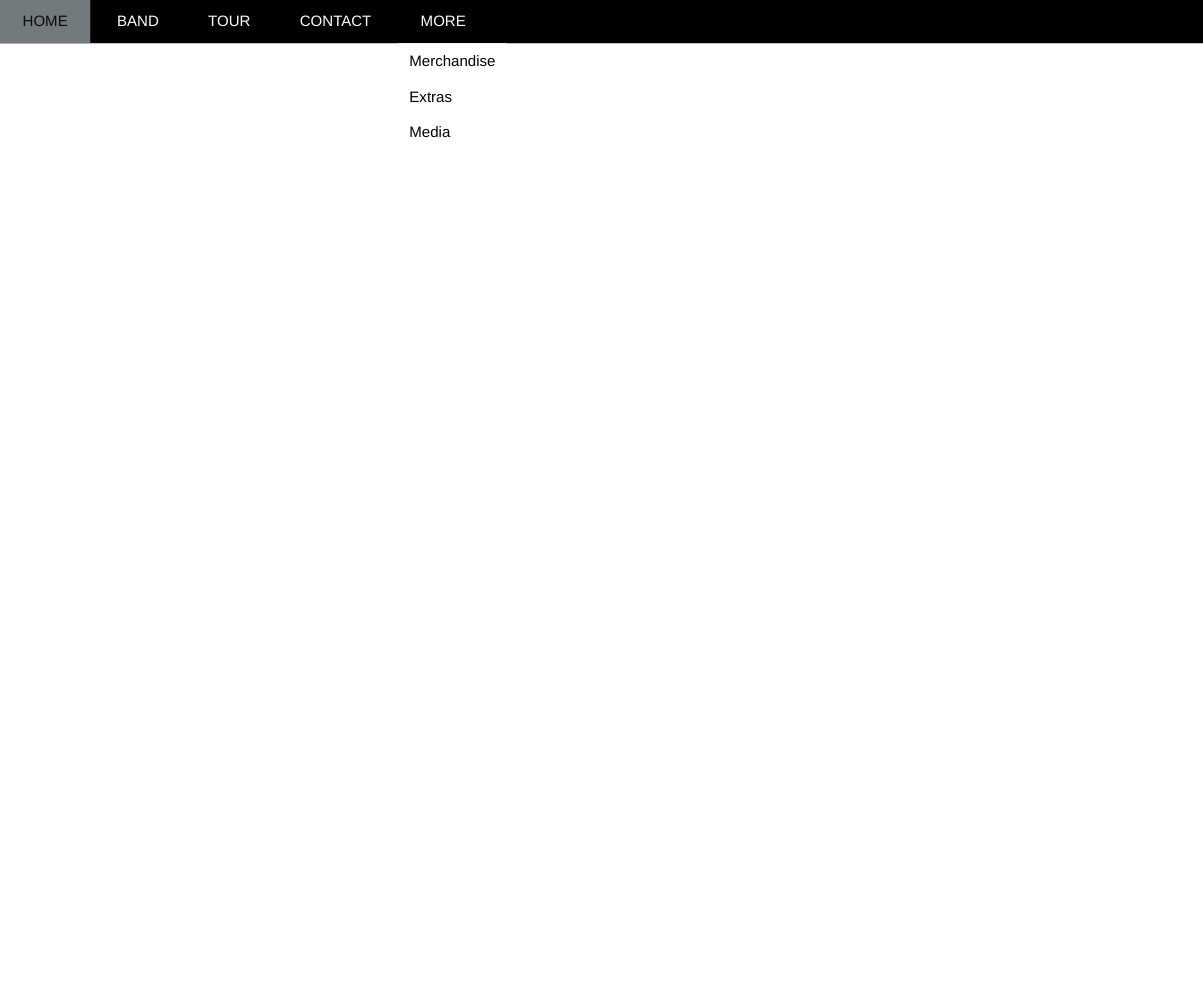
Repository: anhviet-key/hello-cac-ban
Page: HTMS_CSS ZERO 0/index.html
The author's editor kept a copy of each file at every save. The page is drawn from the files as they stood at one save, then again after the next save.
The browser window is 1280 px wide. The pictures show the whole page, at 94% of full size.

Above is the page before, as saved 2021-10-03 23:15:58.

After the next save:
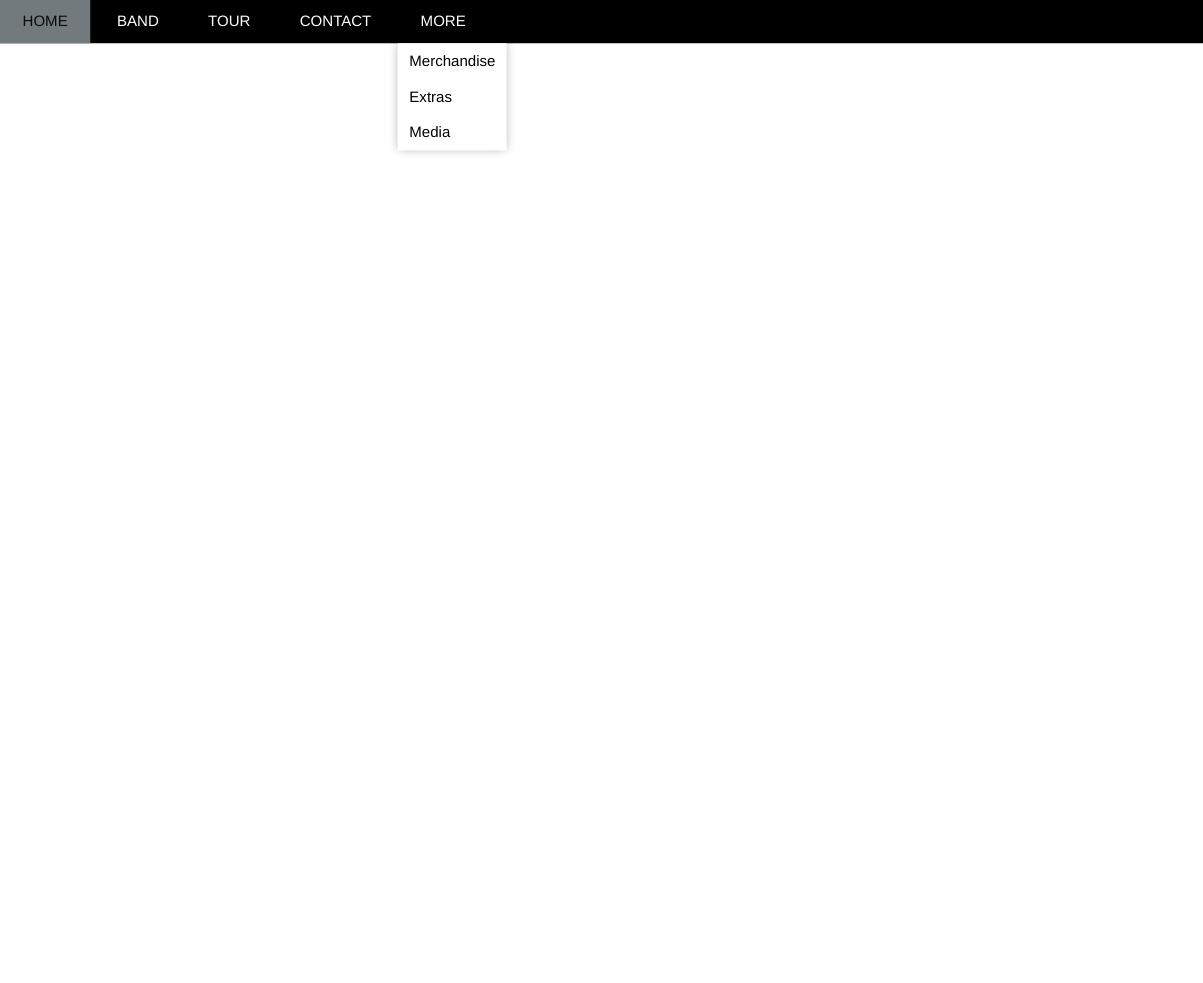
Saved 52 s later.
--- a/HTMS_CSS ZERO 0/assets/css/style.css
+++ b/HTMS_CSS ZERO 0/assets/css/style.css
@@ -48,7 +48,7 @@ html {
     /* display: none; */
     position: absolute;
     background-color: #fff;
-    box-shadow: 0 0 10px rgba(0, 0, 0, 0, 3);
+    box-shadow: 0 0 10px rgba(0, 0, 0, 0.3);
 }
 
 #nav .subnav a {
